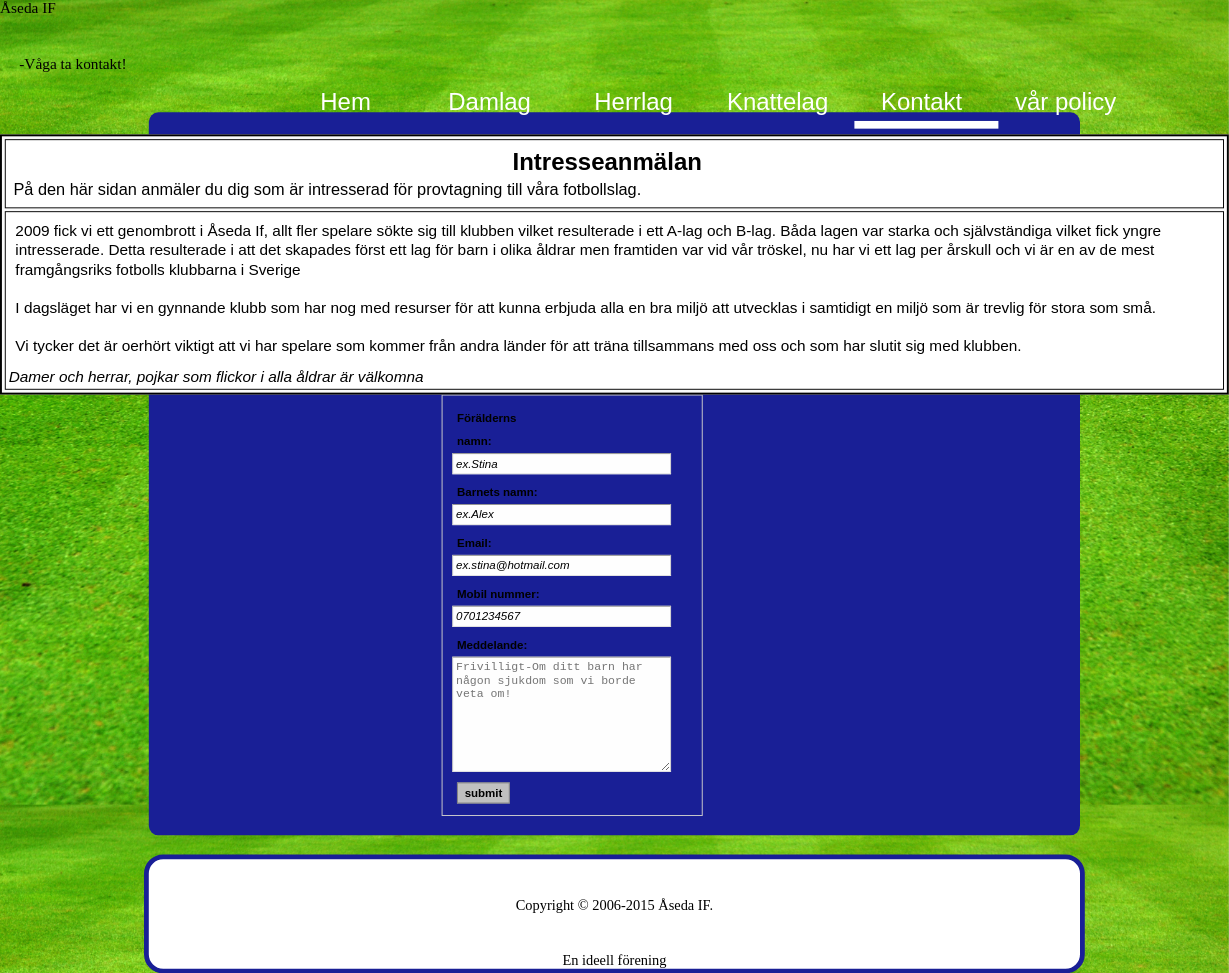
Repository: alexanderdanielsson28/ProjektAsedaIF
Page: html/Kontakt.html
The author's editor kept a record of every edit. The page is drawn from the files as they stood at one moment, then again after the next edit.
The browser window is 1280 px wide. The pictures show the whole page, at 96% of full size.
Backgrounds fixed to the window are drawn as part of the page. Some web libraries are served in a nearby version.

Above is the page before.

### html/Kontakt.html
<!DOCTYPE html>
<html>

<head>
    <title>kontaktsidan</title>
    <meta charset="UTF-8">
    <meta name="viewport" content="width=device-width, initial-scale=1.0">
    <link rel="stylesheet" media="only screen and (max-width:480px)" href="../css/mobile.css">
    <link href="../forms/form.css" rel="stylesheet">
    <script src="//ajax.googleapis.com/ajax/libs/jquery/1.10.2/jquery.min.js"></script>
    <script src="../forms/form1.js"></script>
    <link rel="stylesheet" type="text/css" media="only screen and (min-width:480px)" href="../menu.css">
    <link rel="stylesheet" type="text/css" media="only screen and (min-width:480px)" href="../css/media.css">
    <script src="../menu.js"></script>


</head>

<body>
    <div id="header">
        <h1 id="h1tag">Åseda IF</h1>
        <h3 class="hidden">-Våga ta kontakt!</h3>
    </div>
    <div id="meny">
        <div id="meny2">
            <nav id="navigation">
                <ul>
                    <li><a class="klass" href="../index.html">Hem</a></li>
                    <li><a class="klass" href="../html/Damlag.html">Damlag</a></li>
                    <li><a class="klass" href="../html/Herrlag.html">Herrlag</a></li>
                    <li><a class="klass" href="../html/Knattelag.html">Knattelag</a></li>
                    <li><a class="klass" href="../html/Kontakt.html">Kontakt</a></li>
                    <li><a class="klass" href="../html/Policy.html">vår policy</a></li>
                </ul>
            </nav>

        </div>
    </div>
    <article id="ark">
        <div id="bordern">
            <h2 id="barnh2">Intresseanmälan</h2>
            <h3 id="barn3">På den här sidan anmäler du dig som är intresserad för provtagning till våra fotbollslag.</h3>
        </div>
        <div id="paran">
            <p id="pbarn">2009 fick vi ett genombrott i Åseda If, allt fler spelare sökte sig till klubben vilket resulterade i ett A-lag och B-lag. Båda lagen var starka och självständiga vilket fick yngre intresserade. Detta resulterade i att det skapades först ett
                lag för barn i olika åldrar men framtiden var vid vår tröskel, nu har vi ett lag per årskull och vi är en av de mest framgångsriks fotbolls klubbarna i Sverige</p>
            <p id="alle">I dagsläget har vi en gynnande klubb som har nog med resurser för att kunna erbjuda alla en bra miljö att utvecklas i samtidigt en miljö som är trevlig för stora som små.</p>
            <p id="olikal">Vi tycker det är oerhört viktigt att vi har spelare som kommer från andra länder för att träna tillsammans med oss och som har slutit sig med klubben.</p>
            <p id="damerna">Damer och herrar, pojkar som flickor i alla åldrar är välkomna</p>
        </div>
    </article>

    <article id="formBox">

        <form id="form-contact" class="styled" action="" method="">
            <fieldset id="#formett">

                <ol>
                    <li class="form-row">
                        <label>Förälderns namn:</label>
                        <input id="input-name" type="text" class="text-input required fname default" name="fname" value="" title="ex.Stina" />
                    </li>

                    <li class="form-row">
                        <label>Barnets namn:</label>
                        <input id="input-name1" type="text" class="text-input required kname default" name="kname" value="" title="ex.Alex" />
                    </li>

                    <li class="form-row">

                        <label>Email:</label>
                        <input id="input-email" type="text" class="text-input required email default" name="email" value="" title="ex.stina@hotmail.com" />



                    </li>
                    <li class="form-row">
                        <label>Mobil nummer:</label>
                        <input id="input-phone" type="text" class="text-input required phone default " name="phone" value="" title="0701234567" />
                    </li>
                    <li class="form-row">
                        <label>Meddelande:</label>
                        <textarea id="input-message" class="text-area" name="message" cols="40" rows="8" placeholder="Frivilligt-Om ditt barn har någon sjukdom som vi borde veta om!"></textarea>
                    </li>
                    <li class="button-row text-right">
                        <input class="btn-submit" type="submit" value="submit" name="submit" />
                    </li>
                </ol>
            </fieldset>
        </form>
    </article>
    <div id="footer">
        <div id="footertext">
            <h3>Copyright © 2006-2015 Åseda IF.</h3>
            <h3>En ideell förening </h3>
        </div>
    </div>
</body>

</html>

### forms/form.css
/*h3 {
text-align:left;
}

div.main{
margin:50px auto;
font-family:raleway;
}
div.main h1{
text-align:center;
align:center;
word-spacing:5px;
}
div.login{
width:50%;
margin:0 auto;
border-radius: 10px;
font-family:raleway;
border: 2px solid #ccc;
padding: 10px 40px 25px;
}
hr{
border:0;
border-bottom:1px solid #ccc;
margin: 10px -40px;
margin-bottom: 30px;
}
h2{
background-color: #FEFFED;
text-align:center;
border-radius: 10px 10px 0 0;
margin: -10px -40px;
padding: 15px;
}
a{
text-decoration:none;
color: cornflowerblue;
}

i{
color: cornflowerblue;
}
#content{
alignment-adjust: central;
margin:0 auto;
text-align: left;
}
#note{
clear: left;
padding-top: 20px;
margin-left: 8px;
font-size: 18px;
text-align: center;
width:100%;
}
input[type=text],input[type=password],input[type=email]{
width:59.5%;
padding: 10px;
margin-top: 8px;
border: 1px solid #ccc;
padding-left: 5px;
font-size: 16px;
font-family:raleway;
}
input[type=submit]{
width: 100%;
background-color:#FFBC00;
color: white;
border: 2px solid #FFCB00;
padding: 10px;
font-size:20px;
cursor:pointer;
border-radius: 5px;
margin-bottom: 15px;
}
.msg{
width:59.5%;
padding: 10px;
margin-top: 8px;
border: 1px solid yellow;
padding-left: 5px;
font-size: 16px;
font-family:raleway;
}
p {
text-align:justify;
clear:both;
width:432px
}
span {
color:red
}

inp.invalid,
textarea.invalid {
    border: 2px solid red;
    background-image: url("../pictures/invalid.png");
    background-repeat: no-repeat;
    background-size: 10px 10px;
    background-position: right;
}


.error {
    display: none;
    margin-left: 10px;
}
.invalid {
    background-image: url("../pictures/invalid.png");
    width: 99.5%;
    padding: 10px;
    margin-top: 8px;
   background-repeat: no-repeat;
    background-size: 10px 10px;
    background-position: right;

    padding-left: 5px;
    font-size: 16px;
    font-family: raleway;
}

valid {
 display: none;
}

/*#submitdata{
      border: 2px solid red;
    background-image: url("../pictures/invalid.png");
    background-repeat: no-repeat;
    background-size: 10px 10px;
    background-position: right;
}




/*new*/
.error {
   color: #ff0000;
   font-size: 12px;
   margin-top: 5px;
   margin-bottom: 0;
}

.inputTxtError {
   border: 1px solid #ff0000;
   color: #0e0e0e;
}


#form-contact{
    background-color:withe;
}


.styled {
    font-family: Arial, sans-serif;
}
.styled fieldset {

    width:250px;
    border: 1px solid #ccc; padding: 10px;

}
.styled fieldset legend {
    font-size: 14px; font-weight: bold;
    color: #000;
    text-transform: capitalize;
    padding: 5px 10px;
    background: #fff; display: block;
    margin-bottom: 0;
    border: 1px solid #ccc;

}
.styled fieldset ol, .styled fieldset ol li {
    list-style: none;

}
.styled fieldset li.form-row {
    margin-bottom: 3px;
    padding: 2px 0;
    width: 100%;
    overflow: hidden;
    position: relative;


}
.styled label {
    font-size: 12px;
    display: block;
    font-weight: bold;
    float: left; width: 100px;
    margin-left: 5px;
    line-height: 24px;

}
.styled input.text-input, .styled .text-area {
    background: #fefefe;
    border-top: 1px solid #909090;
    border-right: 1px solid #cecece;
    border-bottom: 1px solid #e1e1e1;
    border-left: 1px solid #bbb;
    padding: 3px; width: 220px;
    font-size: 12px;

}
.styled input.text-input.default.active, .styled .text-area.default.active {
    color: black;
    font-style: italic;

}
.styled fieldset li.button-row {
    margin-bottom: 0;
    padding: 2px 5px;

}
form input.btn-submit {
    padding: 3px 7px;
    font-family: Arial, sans-serif;
    color: black; font-weight: bold;
    border: 1px solid gray;
    background: silver;
    font-size: 12px;

}

/* Form Validation */
.styled span.error {
    font-size: 11px;
    background: none;
    display: block;
    padding: 2px;
    text-align: center;


}
.styled fieldset li.error {
    color: #D8000C;
    background: #fff0f0 url(../pictures/invalid.png) no-repeat;
    background-size:10px 10px;
    background-position:100% 50%;
    border: 1px solid #f9c7c7;
    padding: 5px 0;

}
.styled fieldset li.error label {
    text-align: left;

}

/* Specific Form Rules */
#form-contact {
    width: 360px; margin: 0 auto;
}

.success {
    order: 1px solid;
    margin: 0;
    padding: 10px; text-align: center;
    color: #4F8A10;
    background-color: #ebf6d9;
    border-color:black;
}
.styled fieldset li.valid {
    background:url(../pictures/valid.png) no-repeat;
    background-size:10px 10px;
    background-position:100% 50%;


}

### menu.css


#meny

{

    padding:0;
     margin-left:auto;
     margin-right:auto;

    width:700px;

    height: 3px;

    /*border-radius: 3px;
*/
}
#meny2
{

    width:900px;
    margin:0 auto;
}
#meny2 ul
{

    position: relative;
    list-style-type: none;
    float:center;
    padding:0;margin:0;
}
#meny2 li


{
    width:150px;
    border-collapse: separate;
    /* border-left: 1px solid gray;
    border-radius:5px solid;
    */
    float:left;
    list-style-type: none;
    padding:0;margin:0;background-image:none;
}

#meny2 li.highlight
{

    background-color:white;
    top:50px;
    height:8px;
    z-index: 1;
    position: absolute;
    overflow:hidden;
    /*opacity: 0.8;*/

}
#meny2 li a
{
    width:140px;
    height:10px;
    padding-top: 16px;
    margin: 0 0px;
    color:white;
    font: normal 25px arial;
    text-align: center;
    text-decoration: none;
    display: block;
    float:left;
    position: relative;
    z-index: 2;
}

#navigation{
    max-width:1400px;
    min-width:900;
}

Loaded but not shown: menu.js (151 lines, source omitted); forms/form1.js (87 lines, source omitted); css/media.css (1556 lines, source omitted); css/mobile.css (1090 lines, source omitted)

After the next edit:
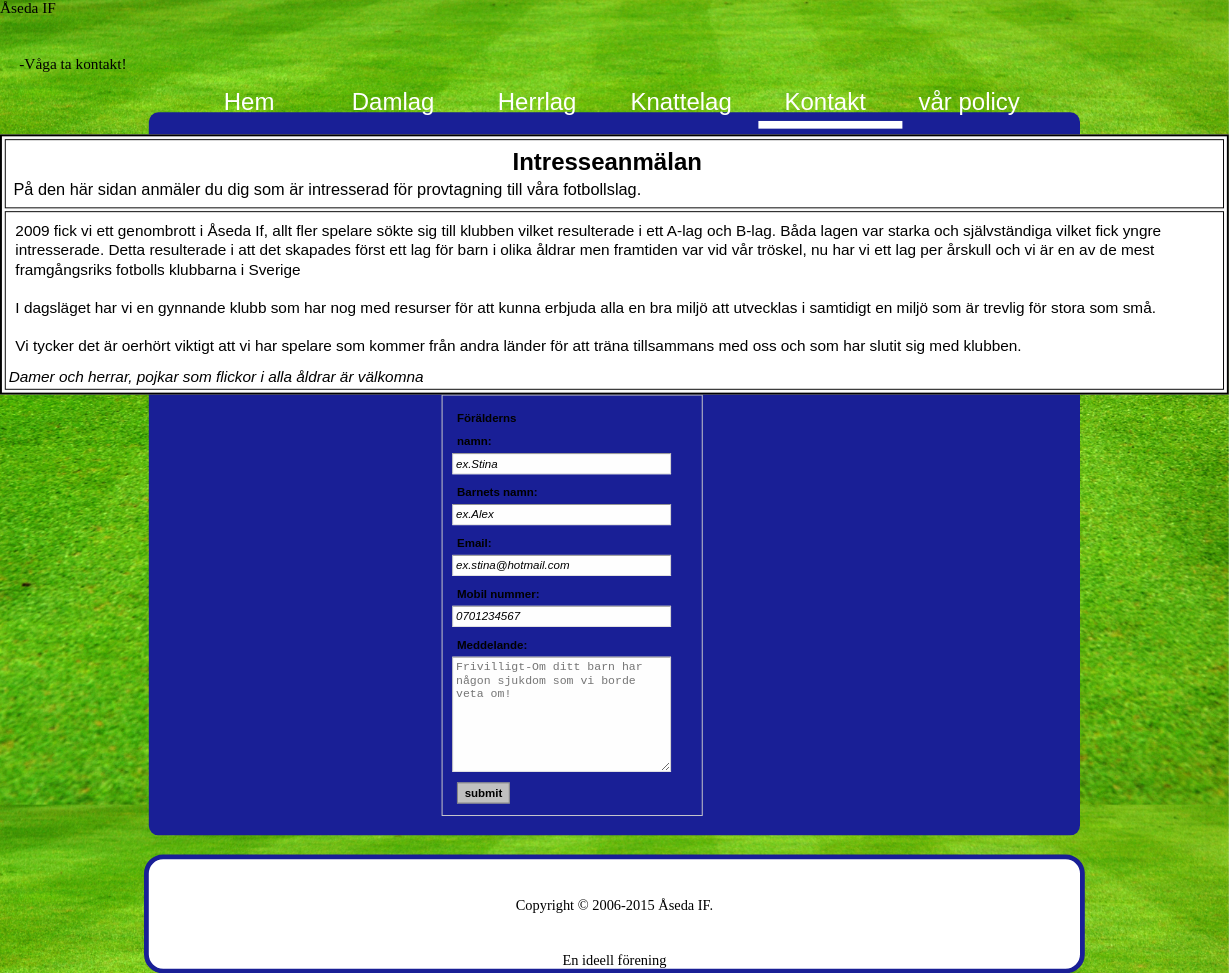
The edit:
--- a/menu.css
+++ b/menu.css
@@ -8,7 +8,7 @@
      margin-left:auto;
      margin-right:auto;
 
-    width:700px;
+
 
     height: 3px;
 
